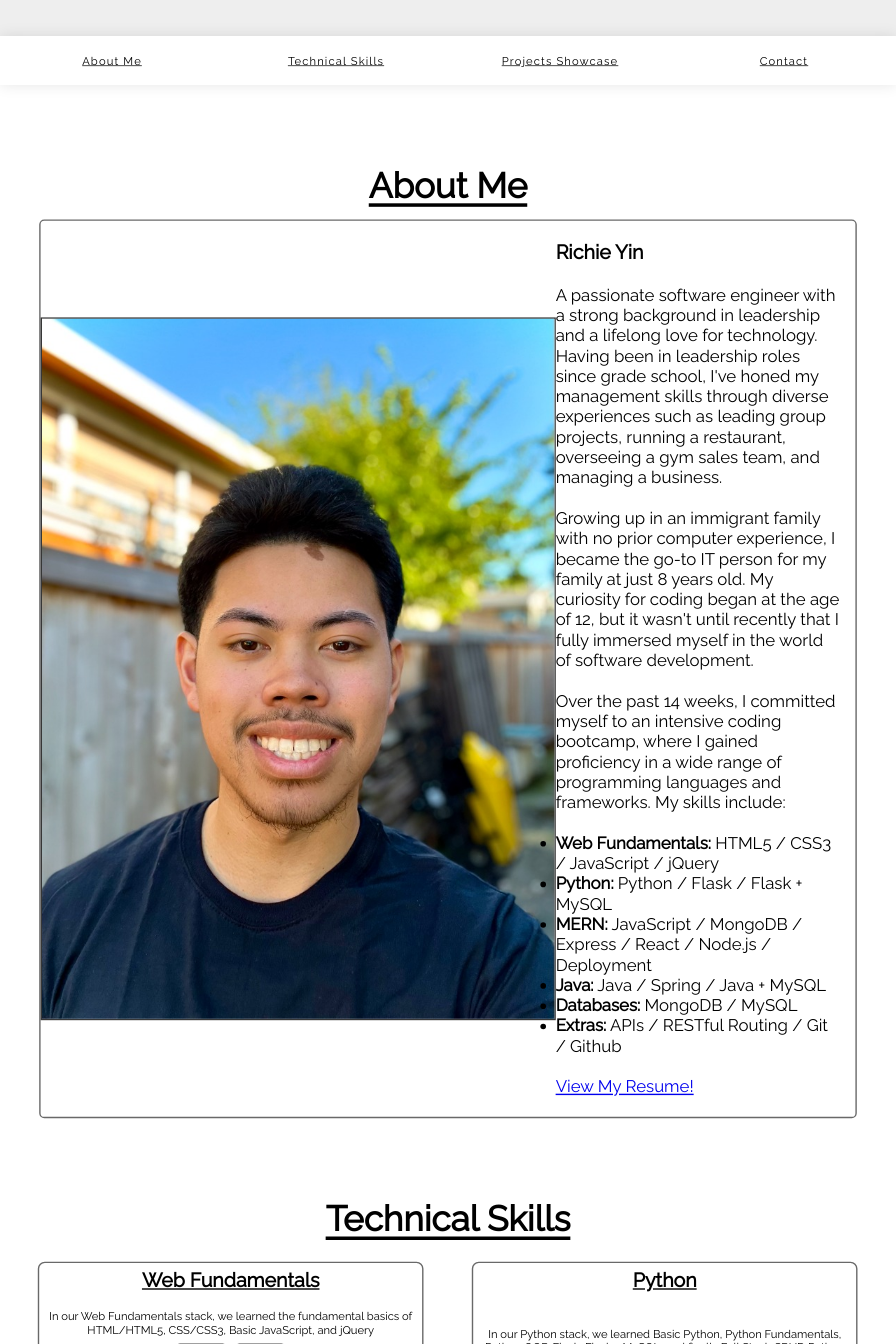
Repository: RICHIE-YIN/Personal-Portfolio
Page: index.html
These files come from the project's save history. The page is drawn as it stood at one moment and after a run of saves; the edit follows.
The browser window is 1280 px wide. The pictures show the part of the page from y = 598 to 2518 px (the page is 3958 px tall), at 70% of full size.
Some web fonts or font styles are not loaded; a fallback is used.

Above is the page before, as saved 2023-06-12 17:38:12.
Console error: ReferenceError: $ is not defined

### index.html
<!DOCTYPE html>
<html lang="en">
<head>
    <meta charset="UTF-8">
    <meta http-equiv="X-UA-Compatible" content="IE=edge">
    <meta name="viewport" content="width=device-width, initial-scale=1.0">
    <title>Document</title>
    <link rel="stylesheet" href="styles.css">
    <style></style>
    <style>
        @import url('https://fonts.googleapis.com/css2?family=Balsamiq+Sans&family=Raleway&family=Roboto&display=swap');
    </style>
</head>
<body>
    <div class="contianer">
        <section class="et-hero-tabs">
            <div class="typewriter">
                <h1 id="text">Richie Yin</h1>
            </div>
            <h3>Coding Dojo Graduate 2023</h3>
            <h3>PYTHON / MERN / JAVA</h3>
            <div id="navbar" class="et-hero-tabs-container">
                <a class="et-hero-tab" href="#profile-section">About Me</a>
                <a class="et-hero-tab" href="#skills-section">Technical Skills</a>
                <a class="et-hero-tab" href="#section5">Projects Showcase</a>
                <a class="et-hero-tab" href="#section7">Contact</a>
                <span class="et-hero-tab-slider"></span>
            </div>

        </section>
        <br>
        <br>
        <br>
        <br>
        <br>
        <br>
        <div id="profile-section" class="profile-section">
            <h1 id="about-me">About Me</h1>
            <br>
            <div class="profile-content">
                <img src="download.jpeg" alt="picture">
                <div class="profile-text">
                    <br>
                    <h3>Richie Yin</h3>
                    <br>
                    <p>A passionate software engineer with a strong background in leadership and a lifelong love for technology. Having been in leadership roles since grade school, I've honed my management skills through diverse experiences such as leading group projects, running a restaurant, overseeing a gym sales team, and managing a business.
                    <br>
                    <br>
                    <p>Growing up in an immigrant family with no prior computer experience, I became the go-to IT person for my family at just 8 years old. My curiosity for coding began at the age of 12, but it wasn't until recently that I fully immersed myself in the world of software development.
                    <br>
                    <br>
                    <p>Over the past 14 weeks, I committed myself to an intensive coding bootcamp, where I gained proficiency in a wide range of programming languages and frameworks. My skills include:</p>
                    <br>
                    <ul>
                        <li><strong>Web Fundamentals:</strong> HTML5 / CSS3 / JavaScript / jQuery</li>
                        <li><strong>Python:</strong> Python / Flask / Flask + MySQL</li>
                        <li><strong>MERN:</strong> JavaScript / MongoDB / Express / React / Node.js / Deployment</li>
                        <li><strong>Java:</strong> Java / Spring / Java + MySQL</li>
                        <li><strong>Databases:</strong> MongoDB / MySQL</li>
                        <li><strong>Extras:</strong> APIs / RESTful Routing / Git / Github</li>
                    </ul>
                    <br>
                    <a href="https://docs.google.com/document/d/1qb6DIM2U-Qcg0YsSM7015CJVzUlQM7WXHSe1P5fYUa4/edit?usp=sharing">View My Resume!</a>
                    <br>
                    <br>
                </div>
            </div>
        </div>
        <br>
        <br>
        <br>
        <br>
        <br>
        <br>
        <div id="skills-section" class="skills-section">
            <h2 id="technical-skills">Technical Skills</h2>
            <div class="card-container">
                <div class="card card1">
                    <h3 class="web">Web Fundamentals</h3>
                    <p>In our Web Fundamentals stack, we learned the fundamental basics of HTML/HTML5, CSS/CSS3, Basic JavaScript, and jQuery</p>
                    <ul>
                        <li>HTML 5</li>
                        <li>CSS 3</li>
                        <li>JavaScript</li>
                        <li>jQuery</li>
                        <li>Git/Github</li>
                        <li>Bootstrap</li>
                    </ul>
                </div>
                <div class="card card2">
                    <h3 class="python">Python</h3>
                    <p>In our Python stack, we learned Basic Python, Python Fundamentals, Python OOP, Flask, Flask + MySQL, and finally Full Stack CRUD Python</p>
                    <ul>
                        <li>Python</li>
                        <li>Flask</li>
                        <li>MySQL</li>
                        <li>APIs</li>
                    </ul>
                </div>
                <div class="card card3">
                    <h3 class="mern">MERN</h3>
                    <p>In our MERN stack, we learned advanced JavaScript, JavaScript Fundamentals, JavaScript OOP, Node, Node.js, MongoDB, React, and finally Full Stack CRUD MERN.</p>
                    <ul>
                        <li>MongoDB</li>
                        <li>Express</li>
                        <li>React</li>
                        <li>Node.js</li>
                        <li>JavaScript</li>
                    </ul>
                </div>
                <div class="card card4">
                    <h3 class="java">Java</h3>
                    <p>In our Java stack, we learned Java fundamentals, Java OOP, Java Spring, Java + MySQL, and finally Full Stack CRUD Java Spring.</p>
                    <ul>
                        <li>Java 8</li>
                        <li>JavaSpring</li>
                        <li>MySQL</li>
                    </ul>
                </div>
            </div>
        </div>
            <br>
            <br>
            <br>
        <div class="section5" id="section5">
            <h1 id="project-showcase">Project Showcase</h1>
            <br>
            <div class="l-container">
                <!-- Add the 'onclick' attribute to each card and pass a unique ID -->
                <div class="b-game-card" onclick="openPopup('project1')">
                    <div class="b-game-card__cover" style="background-image: url(/GymBud.PNG);"></div>
                </div>
                <div class="b-game-card" onclick="openPopup('project2')">
                    <div class="b-game-card__cover" style="background-image: url(/JobHunter.PNG);"></div>
                </div>
                <div class="b-game-card" onclick="openPopup('project3')">
                    <div class="b-game-card__cover" style="background-image: url(/Grab-N-Go.PNG);"></div>
                </div>
                <div class="b-game-card" onclick="openPopup('project4')">
                    <div class="b-game-card__cover" style="background-image: url(/To-Do-List.PNG);"></div>
                </div>
            </div>
        </div>
        <br>
        <br>
        <br>
        <br>
        <br>
        <br>
        <div class="section7" id="section7">
            <h1 id="contact-me">Contact Me</h1>
            <br>
            <div class="contact-box">
                <form id="contact-form" action="https://formspree.io/f/xbjewjrk" method="POST">
                <label for="name">Name:</label>
                <input type="text" id="name" name="name" required>

                <label for="email">Email:</label>
                <input type="email" id="email" name="email" required>

                <label for="message">Message:</label>
                <textarea id="message" name="message" required></textarea>

                <button type="submit">Send Message</button>
            </form>
            </div>
        </div>
        <br>
        <br>
        <br>
        <div class="section6">
            <div class="section6-container">
                <div class="project-popup" id="project1" style="display: none;">
                    <div class="project-popup-content">
                        <img src="your_gif_url_here.gif" alt="Project 1">
                        <a href="your_project_link_here" target="_blank">Check out the project</a>
                        <button onclick="closePopup('project1')">Close</button>
                    </div>
                </div>
                <div class="project-popup" id="project2" style="display: none;">
                    <div class="project-popup-content">
                        <img src="your_gif_url_here.gif" alt="Project 2">
                        <a href="your_project_link_here" target="_blank">Check out the project</a>
                        <button onclick="closePopup('project2')">Close</button>
                    </div>
                </div>
                <div class="project-popup" id="project3" style="display: none;">
                    <div class="project-popup-content">
                        <img src="your_gif_url_here.gif" alt="Project 1">
                        <a href="your_project_link_here" target="_blank">Check out the project</a>
                        <button onclick="closePopup('project3')">Close</button>
                    </div>
                </div>
                <div class="project-popup" id="project4" style="display: none;">
                    <div class="project-popup-content">
                        <img src="your_gif_url_here.gif" alt="Project 4">
                        <a href="your_project_link_here" target="_blank">Check out the project</a>
                        <button onclick="closePopup('project4')">Close</button>
                    </div>
                </div>
            </div>
        </div>
    </div>
    <script src="script.js"></script>
    <script src="https://cdnjs.cloudflare.com/ajax/libs/vanilla-tilt/1.7.0/vanilla-tilt.min.js"></script>
</body>
</html>

### styles.css

@import url('https://fonts.googleapis.com/css2?family=Balsamiq+Sans&family=Raleway&family=Roboto&display=swap');

* {
    margin: 0;
    padding: 0;
    font-family: 'Raleway', sans-serif;
}
html {
    scroll-behavior: smooth;
}


/* Extra small devices (phones, 600px and down) */
@media only screen and (max-width: 600px) {
    .container {
        width: 100%;
    }
}

/* Small devices (portrait tablets and large phones, 600px and up) */
@media only screen and (min-width: 600px) {
    .container {
        width: 85%;
    }
}

/* Medium devices (landscape tablets, 768px and up) */
@media only screen and (min-width: 768px) {
    .container {
        width: 80%;
    }
}

/* Large devices (laptops/desktops, 992px and up) */
@media only screen and (min-width: 992px) {
    .container {
        width: 75%;
        max-width: 1200px;
    }
}

/* .header {
    background-color: none;
    overflow: hidden;
    position: absolute;
    bottom: 0;
    width: 100%;
} */
.header a {
    float: right;
    color: black;
    text-align: center;
    padding: 14px 14px;
    text-decoration: none;
    font-size: 28px;
}
.header a:hover {
    background-color: black;
    color: white;
    font-size: 40px;
    font-size-adjust: 20px;
}
.header a.split {
    float: left;
}

/* GLOBAL STYLES */
.typewriter {
    background: #333;
    padding: 2em 1em;
    display: flex;
    justify-content: center;
}

.typewriter h1 {
    color: white;
    font-family: monospace;
    overflow: hidden;
    border-right: .15em solid white;
    margin: 0 auto;
    letter-spacing: .15em;
    max-width: 100%;
    white-space: nowrap;
    text-align: center;
}

/* .first-section {
    position: relative;
} */

.sticky {
    position: fixed;
    top: 0;
    z-index: 100;
}


/* The typing effect */
@keyframes typing {
from { width: 0 }
to { width: 11em }
}

/* The typewriter cursor effect */
@keyframes blink-caret {
from, to { border-color: transparent }
50% { border-color: white }
}

.typewriter h1.hidden {
display: none;
}

.profile-section {
    display: flex;
    flex-direction: column;
    align-items: center;
    padding-left: 25px;
    padding-right: 25px;
}

.profile-content {
    display: flex;
    flex-direction: row;
    flex-wrap: wrap;
    margin: 0 auto;
    align-items: center;
    justify-content: center;
    width: 90%;
    border: #696969 solid 2px;
    padding-right: 20px;
    font-size:150%;
    border-radius: .3em;
    box-sizing: border-box;
}

.profile-content img {
    max-width: 100%;
    height: auto;
    margin: 0 auto;
    /* margin-right: 4%; */
    /* margin-left: 2%; */
    border: #373737 solid 2px;
}


.profile-text {
    flex: 1;
}

.card-container {
    display: flex;
    flex-wrap: wrap;
    justify-content: center;
    /* margin: 0 -10px; */
    text-align: center;
}

.row {
    display: flex;
    justify-content: center;
    margin: 10px 10px;
}


.b-game-card



.card h3 {
    margin-top: 0;
}

.card ul {
    margin: 0;
    padding: 0;
    list-style: none;
}

.card li {
    margin-bottom: 10px;
}




.et-hero-tabs, .et-slide {
    display: flex;
    flex-direction: column;
    justify-content: center;
    align-items: center;
    height: 100vh;
    position: relative;
    background: #eee;
    text-align: center;
    padding: 0 2em;
}
.et-hero-tabs h1, .et-slide h1 {
    font-size: 2rem;
    margin: 0;
    letter-spacing: 1rem;
}
.et-hero-tabs h3, .et-slide h3 {
    font-size: 1rem;
    letter-spacing: 0.3rem;
    opacity: 0.6;
}
.et-hero-tabs-container {
    display: flex;
    flex-direction: row;
    position: absolute;
    bottom: 0;
    width: 100%;
    height: 70px;
    box-shadow: 0 0 20px rgba(0, 0, 0, 0.1);
    background: #fff;
    z-index: 10;
}
.et-hero-tabs-container--top {
    position: fixed;
    top: 0;
}
.et-hero-tab {
    display: flex;
    justify-content: center;
    align-items: center;
    flex: 1;
    color: #000;
    letter-spacing: 0.1rem;
    transition: all 0.5s ease;
    font-size: 0.8rem;
}
.et-hero-tab:hover {
    color: white;
    background: rgba(102, 177, 241, 0.8);
    transition: all 0.5s ease;
}
.et-hero-tab-slider {
    position: absolute;
    bottom: 0;
    width: 0;
    height: 6px;
    background: #66b1f1;
    transition: left 0.3s ease;
}
@media (min-width: 800px) {
    .et-hero-tabs h1, .et-slide h1 {
        font-size: 3rem;
}
    .et-hero-tabs h3, .et-slide h3 {
        font-size: 1rem;
}
    .et-hero-tab {
        font-size: 1rem;
}
}






.skills-section .card.card1 {
    /* background: linear-gradient(135deg, #F0F2F5 0%, #D9DBE1 100%); */
    width: 45%;
}

.skills-section .card.card2 {
    /* background: linear-gradient(135deg, #D9DBE1 0%, #BEC1C9 100%); */
    width: 45%;
}

.skills-section .card.card3 {
    /* background: linear-gradient(135deg, #F0F2F5 0%, #BEC1C9 100%); */
    width: 45%;
}

.skills-section .card.card4 {
    /* background: linear-gradient(135deg, #BEC1C9 0%, #F0F2F5 100%); */
    width: 45%;
}




.skills-section {
    display: flex;
    flex-direction: column;
    align-items: center;
    /* padding-left: 25px; */
    /* padding-right: 25px; */
}

.skills-section h2 {
    font-size: 2.5rem;
    margin-bottom: 2rem;
}

.card-container {
    display: flex;
    justify-content: center;
    flex-wrap: wrap;
    gap: 1.5rem;
}

.skills-section .card {
    position: relative;
    overflow: hidden;
    width: 100%;
    margin: 0 auto;
    max-width: 100%;
    height: auto;
    border-radius: 10px;
    min-width: 280px;
    /* box-shadow: 0 2px 20px rgba(0, 0, 0, 0.5); */
    transform-style: preserve-3d;
    transform: perspective(500px);
    display: flex;
    flex-direction: column;
    justify-content: space-between;
    align-items: center;
    border: #696969 2px solid;
    transition: all 0.2s ease;
}


.skills-section .card:hover {
    transform: perspective(500px) translateY(-10px);
    box-shadow: 0 4px 30px rgba(0, 0, 0, 0.5);
}

.skills-section h3 {
    font-size: 1.75rem;
    margin-bottom: 1rem;
}

.skills-section .card p {
    padding: 10px;
}


.skills-section ul {
    list-style-type: none;
    padding: 0;
    display: grid;
    grid-template-columns: repeat(2, 1fr);
    gap: 0.5rem;
}

.skills-section li {
    font-size: 0.9rem;
    text-align: center;
    background-color: rgba(18, 18, 18, 0.8);
    color: #eee;
    border-radius: 8px;
    padding: 0.5em 0.2em 0.5em 0.2em;
}

.web, .python, .mern, .java {
    text-decoration: underline;
    margin-top: 1.5%;
}

.section5 {
    margin: 0 auto; /* Center the section horizontally */
    padding: 20px; /* Add padding to give some space */
    width: 90%; /* Control the width of the section */
    max-width: 1200px;
}

.l-container {
    display: flex; /* Align the cards in a row */
    flex-wrap: wrap; /* Wrap the cards to the next line when they don't fit */
    justify-content: space-between; /* Distribute equal space between the cards */
    margin: 0 auto; /* Add some margin to the top and bottom */
}

.project-popup {
    display: none;
    position: fixed;
    top: 50%;
    left: 50%;
    transform: translate(-50%, -50%);
    z-index: 9999;
    background-color: rgba(0, 0, 0, 0.8);
    width: 100%;
    height: 100%;
    padding: 20px;
}

.project-popup-content {
    position: absolute;
    top: 50%;
    left: 50%;
    transform: translate(-50%, -50%);
    text-align: center;
    background-color: white;
    color: black;
    padding: 20px;
    border-radius: 10px;
    box-shadow: 0 5px 15px rgba(0, 0, 0, 0.3);
}

.project-popup-content img {
    max-width: 100%;
    height: auto;
}

.project-popup-content a {
    display: inline-block;
    text-decoration: none;
    color: white;
    background-color: #f6d365;
    padding: 10px 20px;
    margin-top: 15px;
    border-radius: 5px;
    transition: background-color 0.3s;
}

.project-popup-content a:hover {
    background-color: #fda085;
}

.project-popup-content button {
    display: inline-block;
    text-decoration: none;
    color: white;
    background-color: #333;
    padding: 5px 10px;
    margin-top: 15px;
    border-radius: 5px;
    border: none;
    cursor: pointer;
    transition: background-color 0.3s;
}

.project-popup-content button:hover {
    background-color: #555;
}




.l-container {
    display: grid;
    grid-template-columns: repeat(4, 1fr);
    grid-gap: 30px; /* Adjust space between the cards */
    width: 100%; /* Set the width to 100% */
    max-width: 1800px; /* Increase the container max-width */
    margin: 0 auto;
}

@media screen and (max-width: 760px) {
    .l-container {
        grid-template-columns: repeat(2, 1fr);
    }
}

.b-game-card {
    position: relative;
    /* z-index: 1; */
    width: 100%;
    padding-bottom: 56.25%; /* Adjust the aspect ratio to 16:9 */
    perspective: 1000px;
    display: inline-block;
    vertical-align: top;
    border: #000 solid 2px;
}

.b-game-card__cover {
    position: absolute;
    /* z-index: 1; */
    top: 0;
    left: 0;
    width: 100%; /* Set the width to 100% */
    height: 100%; /* Set the height to 100% */
    overflow: hidden;
    background-image: linear-gradient(120deg, #f6d365 0%, #fda085 100%);
    background-size: cover;
    background-position: center;
    perspective-origin: 50% 50%;
    transform-style: preserve-3d;
    transform-origin: top center;
    will-change: transform;
    transform: skewX(0.001deg);
    transition: transform 0.35s ease-in-out;
}


.b-game-card__cover::after {
    display: block;
    content: "";
    position: absolute;
    z-index: 100;
    top: 0;
    left: 0;
    width: 100%;
    height: 120%;
    background: linear-gradient(226deg, rgba(255, 255, 255, 0.4) 0%, rgba(255, 255, 255, 0.4) 35%, rgba(255, 255, 255, 0.2) 42%, rgba(255, 255, 255, 0) 60%);
    transform: translateY(-20%);
    will-change: transform;
    transition: transform 0.65s cubic-bezier(0.18, 0.9, 0.58, 1);
}
.b-game-card:hover .b-game-card__cover {
    transform: rotateX(7deg) translateY(-6px);
}
.b-game-card:hover .b-game-card__cover::after {
    transform: translateY(0%);
}
.b-game-card::before {
    display: block;
    content: "";
    position: absolute;
    top: 5%;
    left: 5%;
    width: 90%;
    height: 90%;
    background: rgba(0, 0, 0, 0.5);
    box-shadow: 0 6px 12px 12px rgba(0, 0, 0, 0.4);
    will-change: opacity;
    transform-origin: top center;
    transform: skewX(0.001deg);
    transition: transform 0.35s ease-in-out, opacity 0.5s ease-in-out;
}
.b-game-card:hover::before {
    opacity: 0.6;
    transform: rotateX(7deg) translateY(-6px) scale(1.05);
}

.gif-container {
    margin-bottom: 20px;
}

.link-container {
    display: flex;
    flex-direction: column;
    align-items: center;
    gap: 10px;
}

/* General styles */
body {
    font-family: Arial, sans-serif;
}

.section7 {
    /* background-color: #f8f8f8; */
    display: flex;
    flex-direction: column;
    align-items: center;
    /* padding: 25px 0; */
    width: 90%; /* Decreased from 100% */
    margin: 0 auto; /* Centers the section if width is less than 100% */
}

.contact-box {
    display: flex;
    flex-direction: column;
    align-items: center;
    justify-content: center;
    width: 75%;
    border: #696969 solid 1.5px;
    padding: 10px;
    border-radius: .5em;
    margin: 0 auto;
}

form {
    display: grid;
    gap: 15px;
    width: 100%;
}

input[type="text"],
input[type="email"],
textarea {
    /* width: 100%;  */
    padding: 10px;
    border: 1px solid #ccc;
    border-radius: 3px;
    font-size: 14px;
    font-family: inherit;
}

textarea {
    resize: vertical;
    min-height: 100px;
}

/* Button styles */
button[type="submit"] {
    width: 100%;
    background-color: #959595;
    color: white;
    padding: 20px 20px;
    border: none;
    border-radius: 4px;
    cursor: pointer;
    font-size: 16px;
    transition: background-color 0.3s;
}

button[type="submit"]:hover {
    background-color: #555555;
}


.profile-section .profile-content,
.skills-section .card-container,
.section5 .l-container,
.section7 .contact-box {
  width: 95%; /* Adjust as needed */
  max-width: 1600px; /* Adjust as needed */
  margin: 0 auto; /* This will center the content */
}

.skills-section .card-container {
    display: flex; /* Align the cards in a row */
    flex-wrap: wrap; /* Wrap the cards to the next line when they don't fit */
    justify-content: space-between; /* Distribute equal space between the cards */
}

#about-me, #technical-skills, #contact-me, #project-showcase {
    font-size: 50px;
    text-align: center;
    text-decoration: underline;
    text-underline-offset: 0.15em;
}

Loaded but not shown: script.js (163 lines, source omitted)

After the next 3 saves:
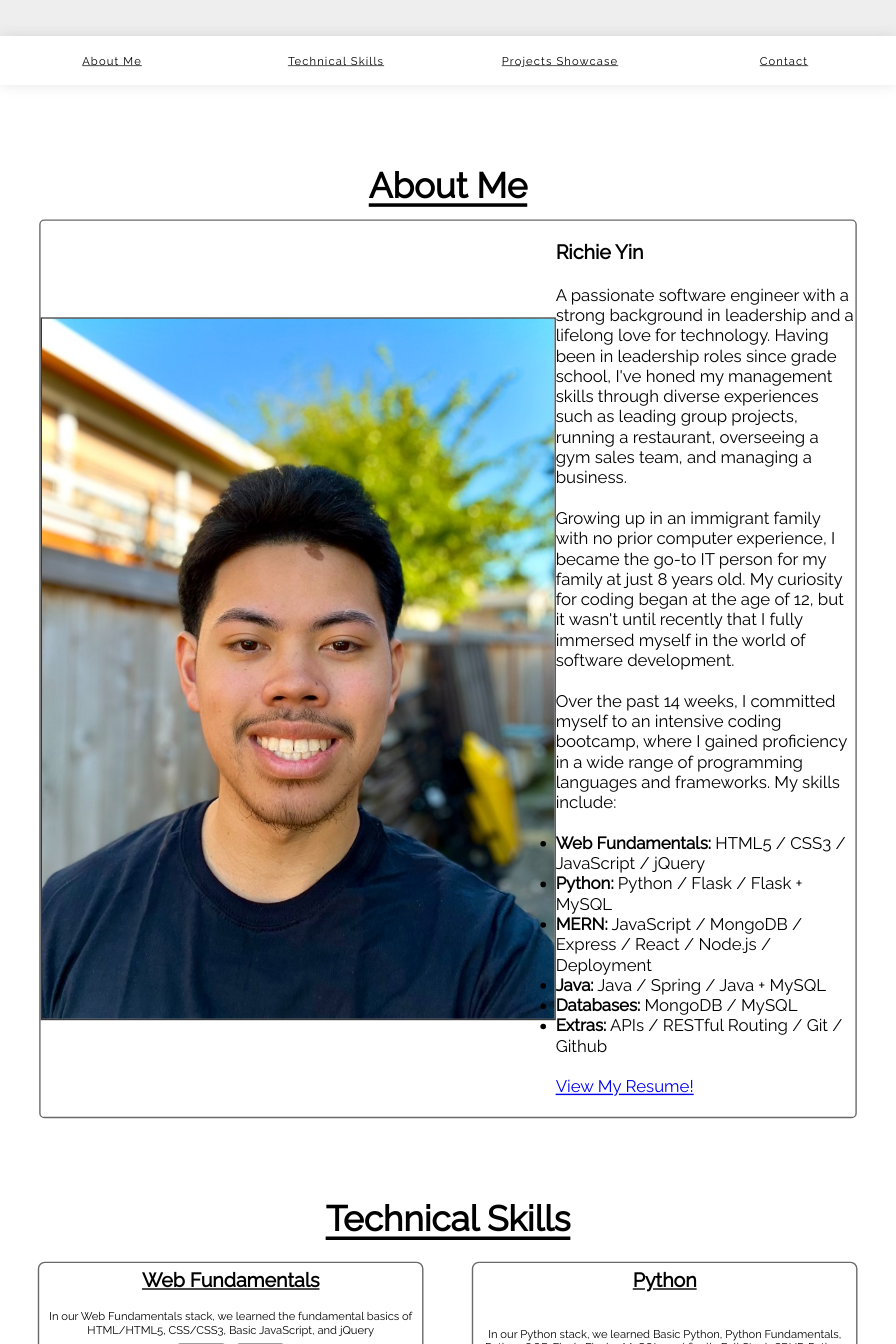
The 3 saves are shown as one change because they came seconds apart.
The last was saved 17 s later.
--- a/styles.css
+++ b/styles.css
@@ -129,7 +129,7 @@ display: none;
     justify-content: center;
     width: 90%;
     border: #696969 solid 2px;
-    padding-right: 20px;
+    /* padding-right: 20px; */
     font-size:150%;
     border-radius: .3em;
     box-sizing: border-box;
